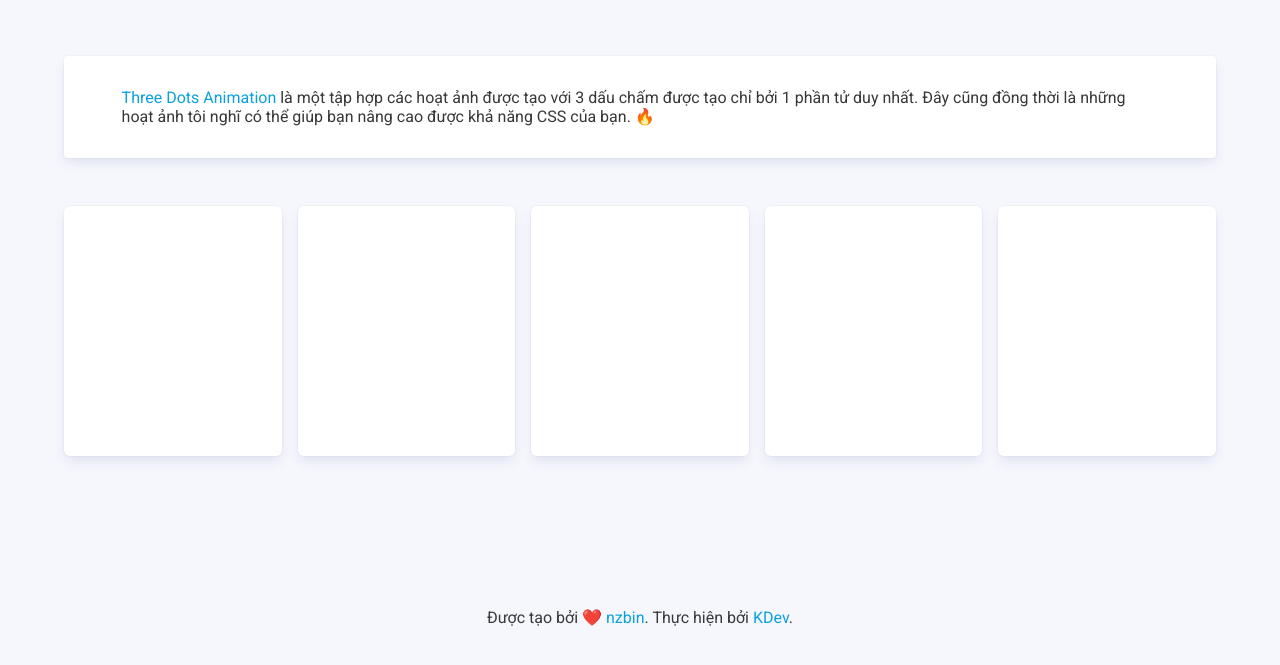
Repository: haokiet2501/lazy-loader-animation
Page: index.html
An editor plug-in stored every save of this project. The page is shown before and after the next save, followed by the edit.
The browser window is 1280 px wide. The pictures show the whole page.
The style sheet was rebuilt from its Sass, Less or Tailwind sources for each picture, by a compiler version that may differ from the author's.

Above is the page before, as saved 2022-05-06 20:13:30.

### index.html
<!DOCTYPE html>
<html lang="en">
<head>
    <meta charset="UTF-8">
    <meta http-equiv="X-UA-Compatible" content="IE=edge">
    <meta name="viewport" content="width=device-width, initial-scale=1.0">
    <link rel="shortcut icon" href="image/KDEV.png" type="image/x-icon">
    <link rel="stylesheet" href="sass/css/styles.css">
    <title>Three Dots Animation</title>
</head>
<body>
    <div class="container">
        <div class="title">
            <a href="/" target="_blank">Three Dots Animation</a> là một tập hợp các hoạt ảnh được tạo với 3 dấu chấm được tạo chỉ bởi 1 phần tử duy nhất. Đây cũng đồng thời là những hoạt ảnh tôi nghĩ có thể giúp bạn nâng cao được khả năng CSS của bạn. 🔥
        </div>

        <div class="row">
            <div class="box">
                <div class="stage">

                </div>
            </div>
            <div class="box">
                <div class="stage">

                </div>
            </div>
            <div class="box">
                <div class="stage">

                </div>
            </div>
            <div class="box">
                <div class="stage">

                </div>
            </div>
            <div class="box">
                <div class="stage">

                </div>
            </div>
        </div>

        <footer class="footer">
            <p>
                Được tạo bởi ❤️ <a href="https://github.com/nzbin" target="_blank">nzbin</a>.
                Thực hiện bởi <a href="/" target="_blank">KDev</a>.
            </p>
        </footer>
    </div>
</body>
</html>

### sass/styles.scss
@import 'base/base';

$color-text: #383838;
$color-line: #50dfdb;

.container {
    padding: 2rem 4rem;
}

.title {
    background: #fff;
    padding: 2rem 5%;
    margin: 1.5rem 0;
    box-shadow: 0 .4rem .8rem -.1rem rgba(0, 32, 128, .1), 0 0 0 1px #f0f2f7;
    border-radius: .25rem;
    color: $color-text;
}

.box {
    position: relative;
    height: 250px;
    background: #fff;
    padding: 2rem 5%;
    margin: 1.5rem 0;
    box-shadow: 0 .4rem .8rem -.1rem rgba(0, 32, 128, .1), 0 0 0 1px #f0f2f7;
    border-radius: 6px;
    overflow: hidden;
}

.box::before {
    content: '';
    position: absolute;
    top: -3rem;
    left: 32px;
    width: 150px;
    height: 140%;
    background-color: linear-gradient(to left, #1E2A78, #6FDFDF);
    animation: animate 4s linear infinite;
}

.box::after {
    content: '';
    position: absolute;
    inset: 2px;
    background: #fff;
    border-radius: 4px;
}

@keyframes animate {
    0% {
        transform: rotate(0deg);
    }
    100% {
        transform: rotate(360deg);
    }
}

.row {
    display: grid;
    grid-template-columns: repeat(auto-fill, minmax(184px, 1fr));
    gap: 24px 16px;
}

.footer {
    display: flex;
    justify-content: center;
    align-items: center;
    margin: 128px 0 20px;
}

.footer > p {
    color: $color-text;
}

### sass/base/_base.scss
@import url('https://fonts.googleapis.com/css2?family=Roboto:wght@300;400;500;700&display=swap');

*, ::before, ::after {
    margin: 0;
    padding: 0;
    box-sizing: border-box;
}

html, body {
    scroll-behavior: smooth;
    font-family: 'Roboto', sans-serif;
    background: #f6f7fd;
    height: 100%;
    overflow: auto;
}

a {
    text-decoration: none;
    color: #0AA1DD;
}

After the next save:
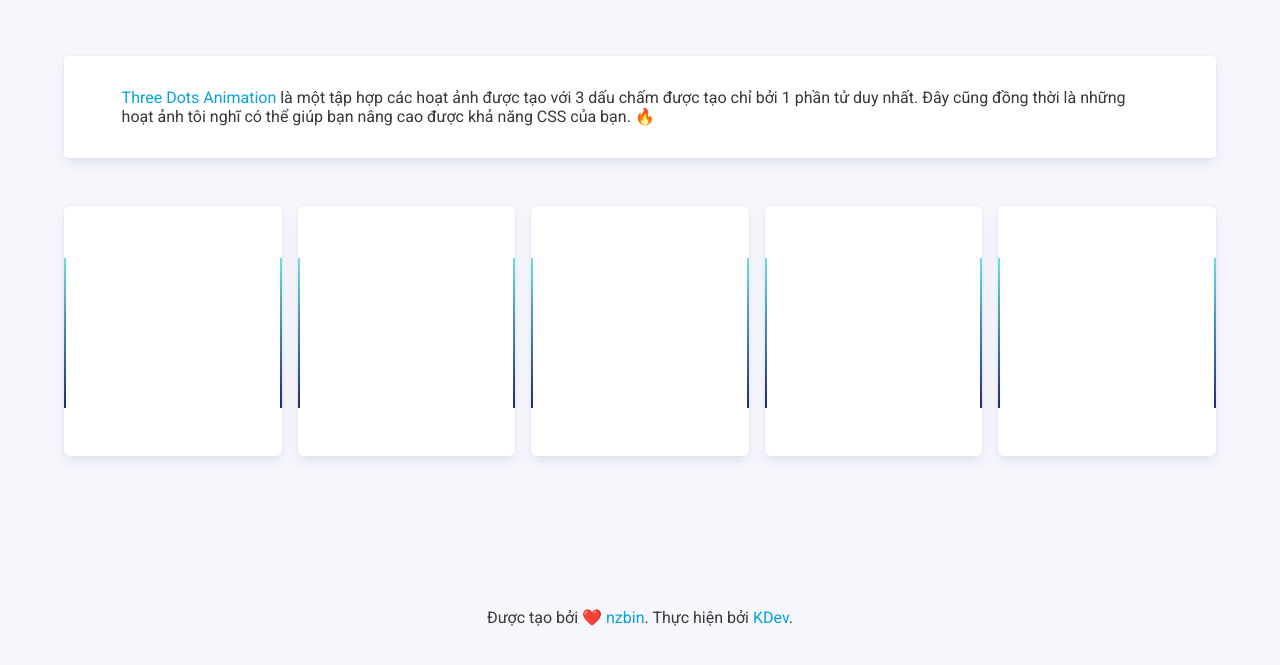
Saved 9 s later.
--- a/sass/styles.scss
+++ b/sass/styles.scss
@@ -34,7 +34,7 @@
     left: 32px;
     width: 150px;
     height: 140%;
-    background-color: linear-gradient(to left, #1E2A78, #6FDFDF);
+    background: linear-gradient(to left, #1E2A78, #6FDFDF);
     animation: animate 4s linear infinite;
 }
 

After the save that followed:
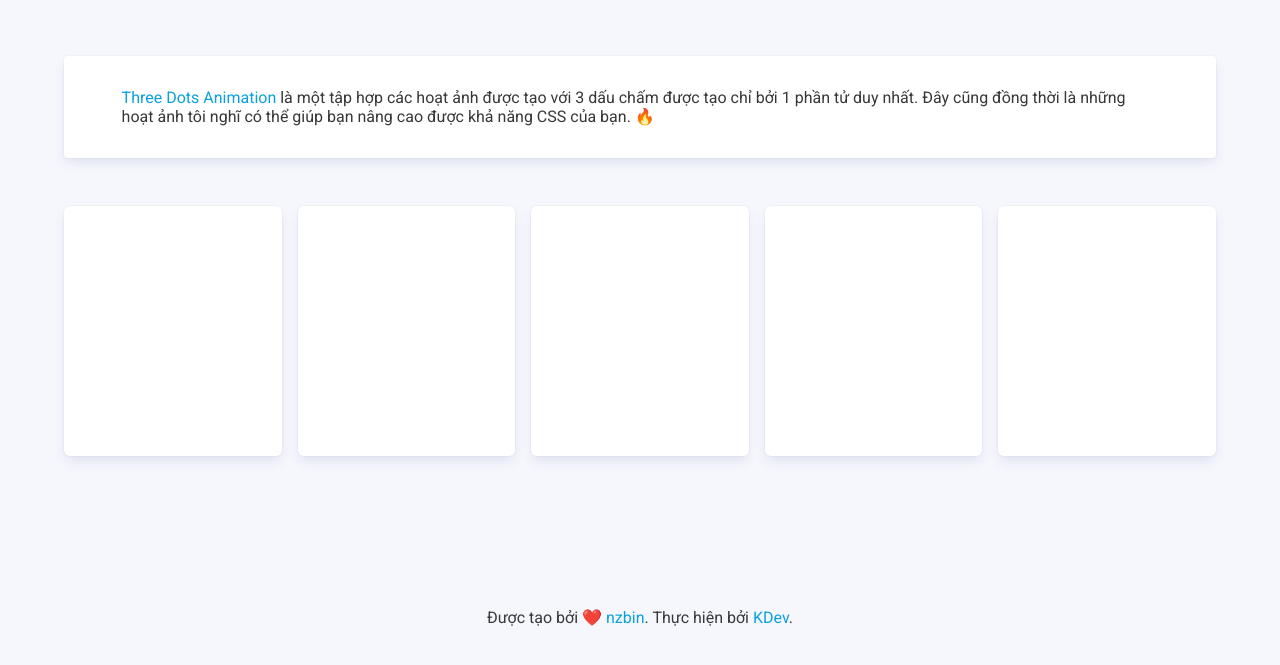
Saved 23 s later.
--- a/sass/styles.scss
+++ b/sass/styles.scss
@@ -34,7 +34,7 @@
     left: 32px;
     width: 150px;
     height: 140%;
-    background: linear-gradient(to left, #1E2A78, #6FDFDF);
+    background: linear-gradient(to left, #FA0874 , #FFC446 Gradient, #6FDFDF);
     animation: animate 4s linear infinite;
 }
 
